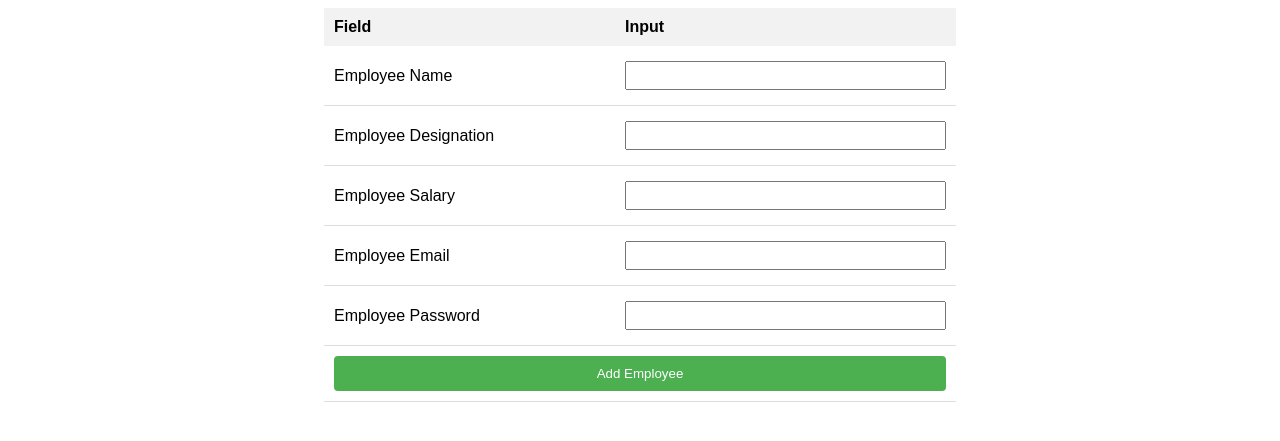
Repository: mohanraj2593/Spring
Page: http://localhost/Crud3/addEmployee.jsp
The author's editor kept a copy of each file at every save. The page is drawn from the files as they stood at one save, then again after the next save.
The browser window is 1280 px wide. The pictures show the whole page.
The page is served by Tomcat 10.

Above is the page before, as saved 2024-10-19 14:14:25.

After the next save:
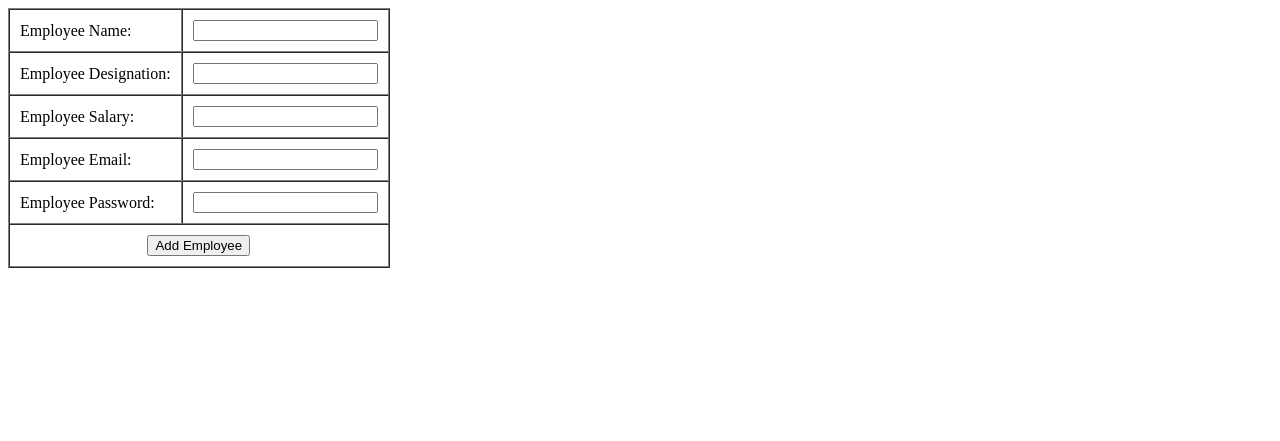
Saved 2 min 12 s later.
--- a/Crud3/src/main/webapp/addEmployee.jsp
+++ b/Crud3/src/main/webapp/addEmployee.jsp
@@ -4,73 +4,33 @@
 <html>
 <head>
 <meta charset="UTF-8">
-<title>Insert title here</title>
-<style>
-    table {
-        width: 50%;
-        margin: 0 auto;
-        border-collapse: collapse;
-        font-family: Arial, sans-serif;
-    }
-    th, td {
-        padding: 10px;
-        text-align: left;
-    }
-    th {
-        background-color: #f2f2f2;
-    }
-    td {
-        border-bottom: 1px solid #ddd;
-    }
-    input[type="text"], input[type="number"], input[type="password"] {
-        width: 100%;
-        padding: 5px;
-        margin: 5px 0;
-        box-sizing: border-box;
-    }
-    input[type="submit"] {
-        width: 100%;
-        padding: 10px;
-        background-color: #4CAF50;
-        color: white;
-        border: none;
-        border-radius: 4px;
-        cursor: pointer;
-    }
-    input[type="submit"]:hover {
-        background-color: #45a049;
-    }
-</style>
+<title>Insert Employee Details</title>
 </head>
 <body>
 <form>
-    <table>
+    <table border="1" cellpadding="10" cellspacing="0">
         <tr>
-            <th>Field</th>
-            <th>Input</th>
-        </tr>
-        <tr>
-            <td>Employee Name</td>
+            <td>Employee Name:</td>
             <td><input type="text" name="empname"></td>
         </tr>
         <tr>
-            <td>Employee Designation</td>
+            <td>Employee Designation:</td>
             <td><input type="text" name="desig"></td>
         </tr>
         <tr>
-            <td>Employee Salary</td>
+            <td>Employee Salary:</td>
             <td><input type="number" name="salary"></td>
         </tr>
         <tr>
-            <td>Employee Email</td>
+            <td>Employee Email:</td>
             <td><input type="text" name="email"></td>
         </tr>
         <tr>
-            <td>Employee Password</td>
+            <td>Employee Password:</td>
             <td><input type="password" name="password"></td>
         </tr>
         <tr>
-            <td colspan="2">
+            <td colspan="2" style="text-align:center;">
                 <input type="submit" value="Add Employee">
             </td>
         </tr>
